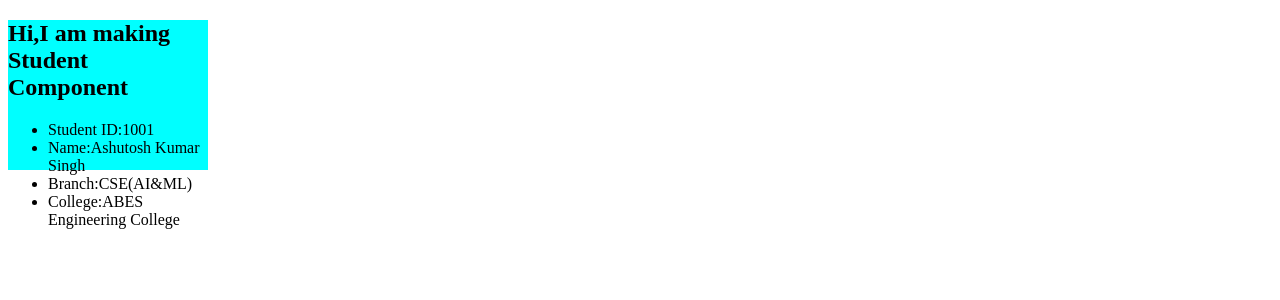
Repository: ashurauza/FSD_Sem5
Page: / (app in FSD_Sem5/CSS/ReactRevisionDOM/)
These files come from the project's save history. The page is drawn as it stood at one moment and after the next save; the edit follows.
The browser window is 1280 px wide. The pictures show the whole page.
The project was rebuilt for these pictures with package versions that can differ from the ones it lists, and the page was loaded fresh each time.

Above is the page before, as saved 2025-10-27 09:29:48.

### FSD_Sem5/CSS/ReactRevisionDOM/index.html
<!DOCTYPE html>
<html lang="en">
<head>
    <meta charset="UTF-8">
    <meta name="viewport" content="width=device-width, initial-scale=1.0">
    <title>RevisionDOM</title>
</head>
<body>
    <div id="parent"></div>
    <script src="https://unpkg.com/react@18/umd/react.development.js" crossorigin></script>
    <script src="https://unpkg.com/react-dom@18/umd/react-dom.development.js" crossorigin></script>
    <script src="student.jsx" type="module"></script>

</body>
</html>

### FSD_Sem5/CSS/ReactRevisionDOM/student.jsx



const parent = document.getElementById("parent");
const root = ReactDOM.createRoot(parent);


const h21=<h2>
    Hi,I am making Student Component
</h2>
const li11=<li>Student ID:1001</li>
const li22=<li>Name:Ashutosh Kumar Singh</li>
const li33=<li>Branch:CSE(AI&ML)</li>
const li44=<li>College:ABES Engineering College</li>
const ul1=<ul>{[li11,li22,li33,li44]}</ul>
const wrapper1=(
    <>
    {h21}
    {ul1}
    </>
)

const wrapper = React.createElement("div", {style: {height:150,width:200,backgroundColor: 'cyan'}}, [h21, ul1]);

root.render(wrapper);

After the next save:
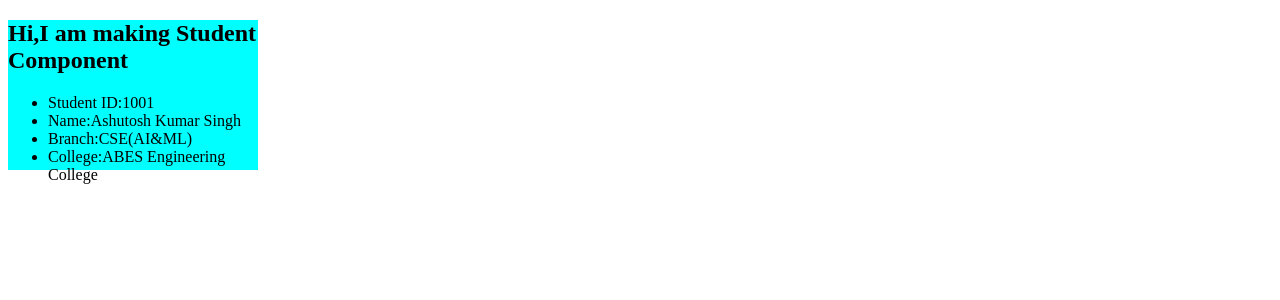
Saved 5 s later.
--- a/FSD_Sem5/CSS/ReactRevisionDOM/student.jsx
+++ b/FSD_Sem5/CSS/ReactRevisionDOM/student.jsx
@@ -20,6 +20,6 @@ const wrapper1=(
     </>
 )
 
-const wrapper = React.createElement("div", {style: {height:150,width:200,backgroundColor: 'cyan'}}, [h21, ul1]);
+const wrapper = React.createElement("div", {style: {height:150,width:250,backgroundColor: 'cyan'}}, [h21, ul1]);
 
 root.render(wrapper);
